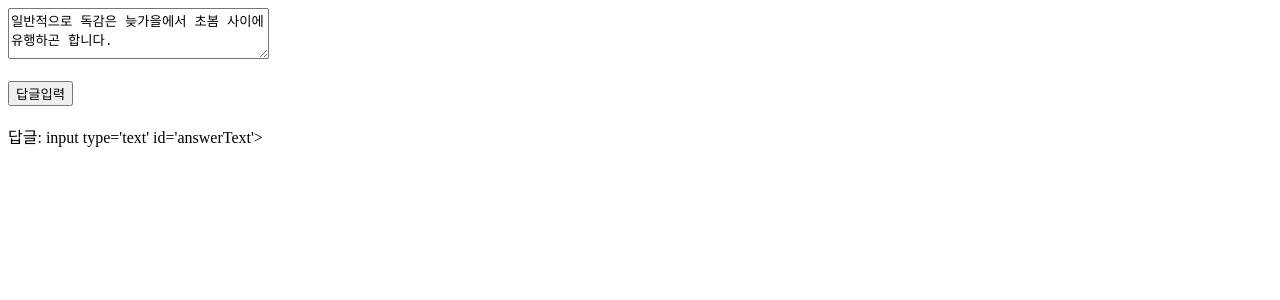
Repository: suhong99/JqueryLecture
Page: sample02/src/main/webapp/index.html
An editor plug-in stored every save of this project. The page is shown before and after the next save, followed by the edit.
The browser window is 1280 px wide. The pictures show the whole page.
After loading, the first visible `#answer` was clicked once.

Above is the page before, as saved 2023-06-26 04:12:57.

### sample02/src/main/webapp/index.html
<!DOCTYPE html>
<html>
<head>
<meta charset="UTF-8">
<title>Insert title here</title>
   <script src="https://code.jquery.com/jquery-3.6.4.min.js"></script>

</head>
<body>

<textarea rows="3" cols="30">일반적으로 독감은 늦가을에서 초봄 사이에 유행하곤 합니다.

더위가 기승을 부리면 주춤하다 기온이 떨어지면서 감염이 늘어나는 겁니다.

하지만 지난해와 올해는 유행 시기가 예년과 달랐습니다.

2022년 10월까지도 1,000명당 10명 미만이었던 의심환자 수는 11월 초부터 증가하기 시작해 22년 말에는 60.7명에 달했습니다.

이어 올해 4월과 5월까지 계속 유행하다 평소라면 유행이 끝나는 6월에야 감소세로 돌아섰습니다.</textarea>
<br><br>
<button type="button" id="answer">답글입력</button>
<br>
<div id="answerForm">
<script type="text/javascript">
$(document).ready(function(){
	$("#answer").click(function(){
		let input= "<br>답글: input type='text' id='answerText'>";
		$("#answerForm").append(input);
	})
});
</script>
</div>


</body>
</html>

After the next save:
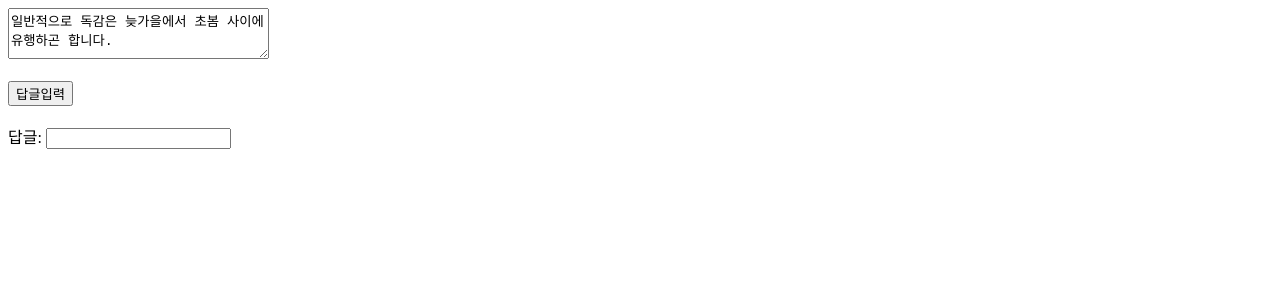
Saved 12 s later.
--- a/sample02/src/main/webapp/index.html
+++ b/sample02/src/main/webapp/index.html
@@ -24,7 +24,7 @@
 <script type="text/javascript">
 $(document).ready(function(){
 	$("#answer").click(function(){
-		let input= "<br>답글: input type='text' id='answerText'>";
+		let input= "<br>답글: <input type='text' id='answerText'>";
 		$("#answerForm").append(input);
 	})
 });
